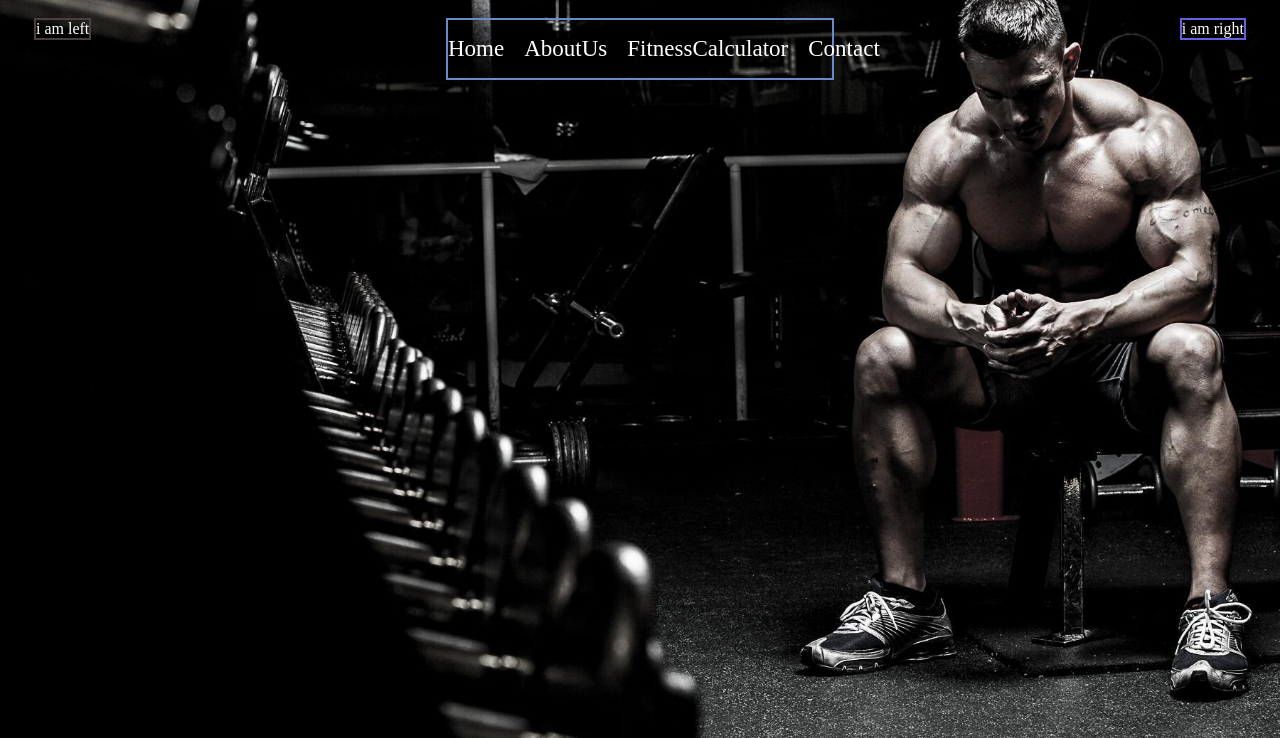
Repository: asthaasquare/project-1
Page: project-1/index.html
An editor plug-in stored every save of this project. The page is shown before and after the next save, followed by the edit.
The browser window is 1280 px wide. The pictures show the whole page.

Above is the page before, as saved 2024-05-09 10:58:56.

### project-1/index.html
<!DOCTYPE html>
<html lang="en">
  <head>
    <meta charset="UTF-8" />
    <meta name="viewport" content="width=device-width, initial-scale=1.0" />
    <title>Fit World</title>
    <style>
      body {
        color: white;
        margin: 0;
        padding: 0;
        background-image: url("img/1087639.jpg");
        background-size: cover; /* This will make sure the image covers the entire background */
        background-position: center; /* This will center the image within the container */
        height: 100vh; /* This will set the height of the background to the viewport height */
      }

      .left {
        border: 2px double rgb(75, 62, 62);
        display: inline-block;
        position: absolute;
        top: 0px;
        left: 34px;
      }

      .mid {
        margin: 18px auto;
        display: block;
        width: 30%;
        border: 2px double rgb(106, 137, 200);
      }

      .right {
        position: absolute;
        display: inline-block;
        border: 2px double rgb(100, 96, 222);
        top: 0px;
        right: 34px;
      }
      .navbar {
  display: flex; /* Use flexbox for better alignment */
  justify-content: space-between; /* Distribute items evenly across the container */
  align-items: center; /* Center items vertically */
  padding: 0;
}

.navbar li {
  font-size: 23px;
  list-style: none; /* Remove default list styles */
  margin-right: 20px; /* Add some spacing between navbar items */
}

.navbar li a{
    color: white;
    text-decoration: none;

}

.navbar li:last-child {
        margin-right: 0; /* Remove margin from the last navbar item */
      }
      .header {
        position: relative; /* Set position to relative to allow absolute positioning of child elements */
      }
    </style>
  </head>
  <link rel="stylesheet" href="css/style.css" />
  <body>
    <header class="header">
      <div class="left">
         i am left
      </div>
      <div class="mid">
        <ul class="navbar">
            <li><a href="#">Home</a></li>
            <li><a href="#">AboutUs</a></li>
            <li><a href="#">FitnessCalculator</a></li>
            <li><a href="#">Contact</a></li>
           </ul>
      </div>
      <div class="right">i am right</div>
    </header>
  </body>
</html>

Loaded but not shown: project-1/css/style.css (no stored copy; drawn as an empty file)

After the next save:
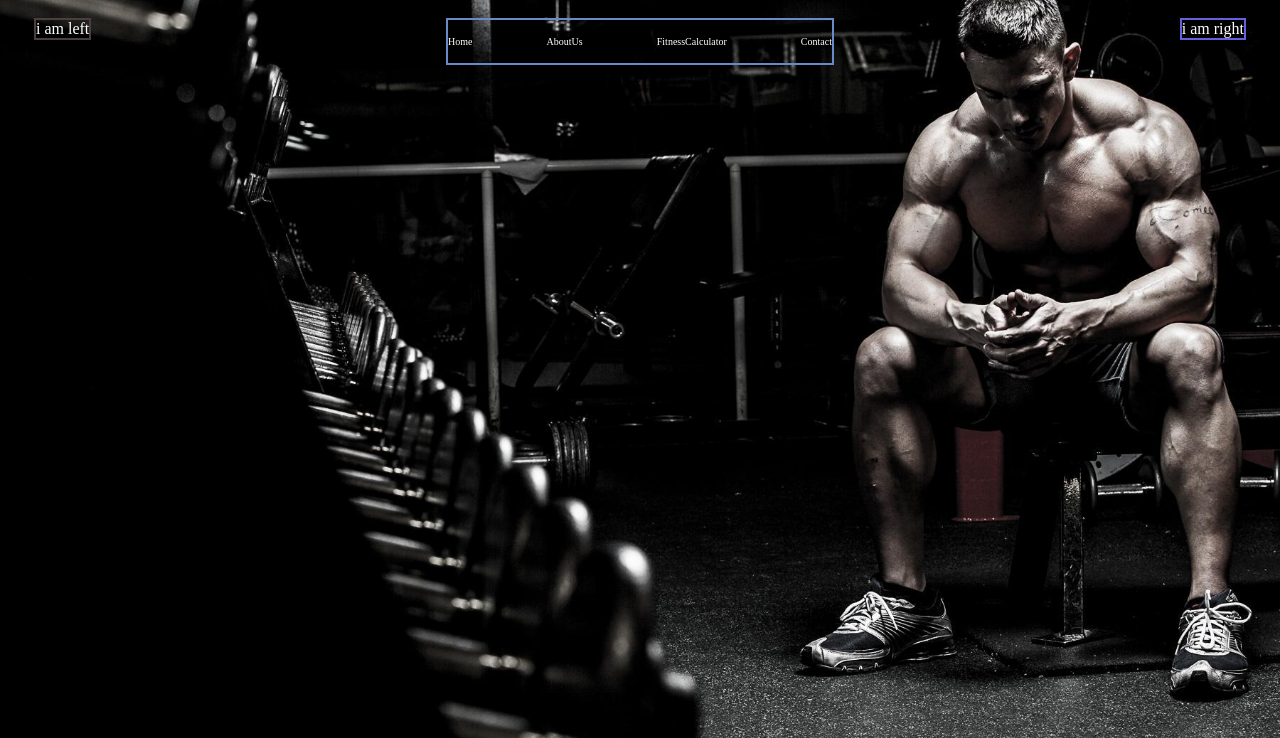
Saved 8 s later.
--- a/project-1/index.html
+++ b/project-1/index.html
@@ -45,7 +45,7 @@
 }
 
 .navbar li {
-  font-size: 23px;
+  font-size: 10px;
   list-style: none; /* Remove default list styles */
   margin-right: 20px; /* Add some spacing between navbar items */
 }
